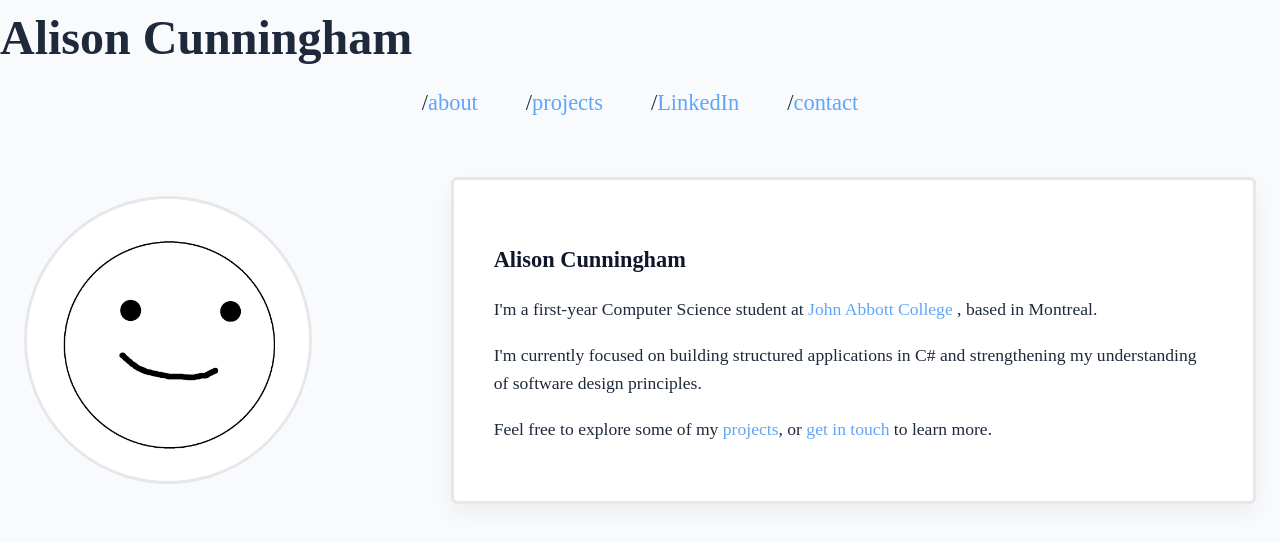
Repository: alison-cunningham/alison-cunningham
Page: index.html
An editor plug-in stored every save of this project. The page is shown before and after the next save, followed by the edit.
The browser window is 1280 px wide. The pictures show the whole page.
Some web fonts or font styles are not loaded; a fallback is used.

Above is the page before, as saved 2026-05-12 20:10:43.

### index.html
<!DOCTYPE html>
<html lang="en">
<head>
    <meta charset="UTF-8" />
    <title>Alison Cunningham - Home Page</title>
    <meta name="viewport" content="width=device-width, initial-scale=1.0">
    <link rel="stylesheet" href="./styles/globals.css"/>
    <link rel="stylesheet" href="./styles/index.css" />
</head>

<body>
    <header>
        <h1>Alison Cunningham</h1>
        <div class="nav-bar">
            <a href="index.html">/<span class="hover-text">about</span></a>
            <a href="./pages/main-projects-page.html">/<span class="hover-text">projects</span></a>
            <a href="https://www.linkedin.com/in/alison-c-427578b5">/<span class="hover-text">LinkedIn</span></a>
            <a href="mailto:cunningham.alison.m@gmail.com">/<span class="hover-text">contact</span></a>
        </div>
    </header>

    <main>
        <img class="home-page-img" src="./assets/images/placeholder.jpg" alt="this is just a placeholder">

        <div class="about-me">
            <h3>Alison Cunningham</h3>
                <p>
        I'm a first-year Computer Science student at
        <a href="https://johnabbott.qc.ca/career-programs/computer-science-technology/" class="hover-text">
            John Abbott College
        </a>, based in Montreal.
    </p>

    <p>
        I'm currently focused on building structured applications in C# and strengthening my understanding of software design principles.
    </p>

    <p>
        Feel free to explore some of my <a href="projects.html" class="hover-text">projects</a>,
        or <a href="mailto:cunningham.alison.m@gmail.com" class="hover-text">get in touch</a> to learn more.
    </p>

        </div>


    </main>



</body>

</html>

### styles/globals.css
@font-face{
    font-family: 'Radio-Canada';
    src: url('../assets/fonts/Radio_Canada/RadioCanada-VariableFont_wdth\,wght.ttf')
}

*{
    box-sizing: border-box;
}

body{
    font-family: 'Radio-Canada';

    background-color: #f8fafc;
    color: #1e293b;

    line-height: 1.6;
    font-size: 1rem;

    margin: 0;
    overflow-x: hidden;
}


a{
    text-decoration: none;
    color: inherit;
}

h3{
    font-size: 1.4rem;
    margin-bottom: 1rem;
    color: #0f172a;
}

.page-header{

    font-size: 1.3rem;
    width: 100%;
    padding: 1rem 0;

    background-color: #ffffff;
    border-bottom: .2rem solid #e5e7eb85;

    display: flex;
    flex-direction: column;
    align-items: center;
    justify-content: center;
    text-align: center;


}

header h1{
    font-size: 3rem;
    margin: 0;
}

.nav-bar{
    display: flex;
    gap: 2rem;

    width: 100%;
    max-width: 100%;

    overflow-x: auto;

    padding: 0.5rem 1rem;
    margin: 0;

    font-size: 1.5rem;
}

.nav-bar::-webkit-scrollbar{
    height: 0.45rem;
}

.nav-bar::-webkit-scrollbar-track{
    background: #e5e7eb;
    border-radius: 999rem;
}

.nav-bar::-webkit-scrollbar-thumb{
    background: #34d399;
    border-radius: 999rem;
}

.hover-text{
    color: #60a5fa;
    position: relative;
}

.hover-text:hover{
    color: #34d399;
}

.hover-text::after{
    content:"";
    position: absolute;
    left: 0;
    bottom: -2px;

    width: 0%;
    height: 2px;
    background: #34d399;
    transition: width 0.6s ease;

}

.hover-text:hover::after {
    width: 100%;
}

### styles/index.css
.home-page-img{
    display: block;
    width: 15rem;
    border: .2rem solid #e5e7eb;
    border-radius: 50%;

    transition: transform 0.3s ease;
}

.home-page-img:hover{
    transform: scale(1.05);
}

main{
    display: flex;
    flex-direction: column;

    align-items: center;
    justify-content: center;

    gap: 3rem;
    padding: 3rem 1.5rem;

    width: 100%;
    margin: 0 auto;
}

.about-me{

    padding: 2rem;
    background-color: #ffffff;

    border: .2rem solid #e5e7eb;
    border-radius: .4rem;

    box-shadow: 0 10px 25px rgba(0,0,0,0.05);
}

@media (min-width: 768px){

    .nav-bar {
        justify-content: center;
        overflow-x: visible;
    }

    main {
        display: grid;
        grid-template-columns: 1fr 2fr;
        align-items: center;
        gap: 1.5rem;
    }

    .about-me{
        padding: 2.5rem;
    }

    .home-page-img{
        width: 18rem;
    }

}

@media (min-width: 900px) {

    main {
        display: grid;
        grid-template-columns: 1fr 2fr;
        align-items: center;
        gap: 1.5rem;
    }

    .page-header{
        font-size: 3.5rem;
        gap: 3rem;
    }

    .nav-bar{
        font-size: 1.4rem;
        gap: 3rem;
    }

    .about-me{
        font-size: 1.1rem;
    }

}

After the next save:
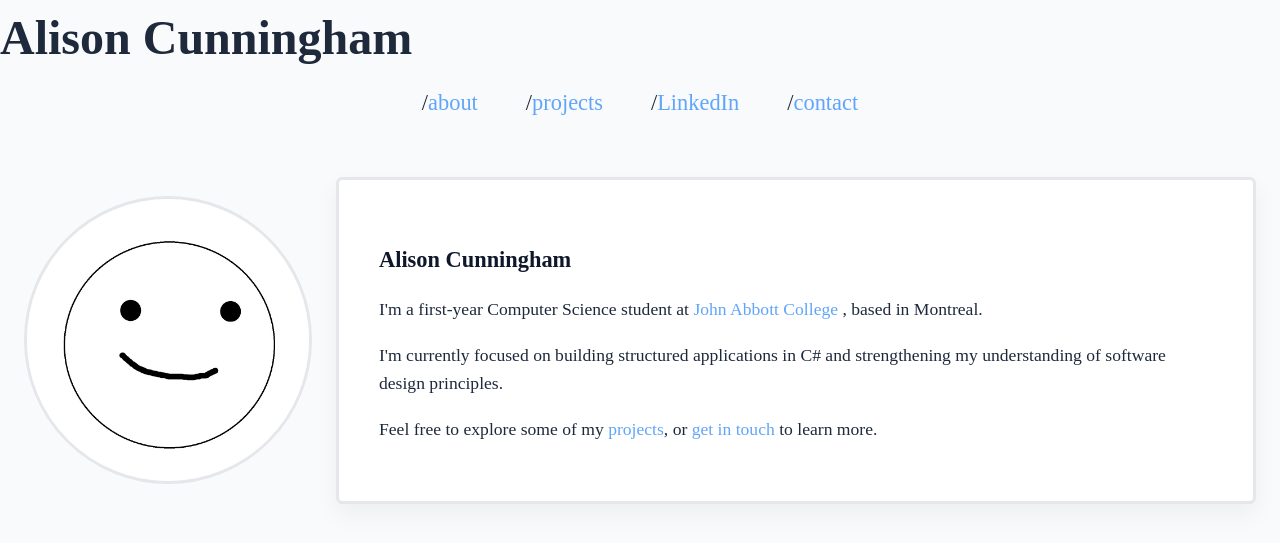
Saved 25 s later.
--- a/styles/index.css
+++ b/styles/index.css
@@ -45,7 +45,7 @@ main{
 
     main {
         display: grid;
-        grid-template-columns: 1fr 2fr;
+        grid-template-columns: auto 2fr;
         align-items: center;
         gap: 1.5rem;
     }
@@ -64,7 +64,7 @@ main{
 
     main {
         display: grid;
-        grid-template-columns: 1fr 2fr;
+        grid-template-columns: auto 2fr;
         align-items: center;
         gap: 1.5rem;
     }
